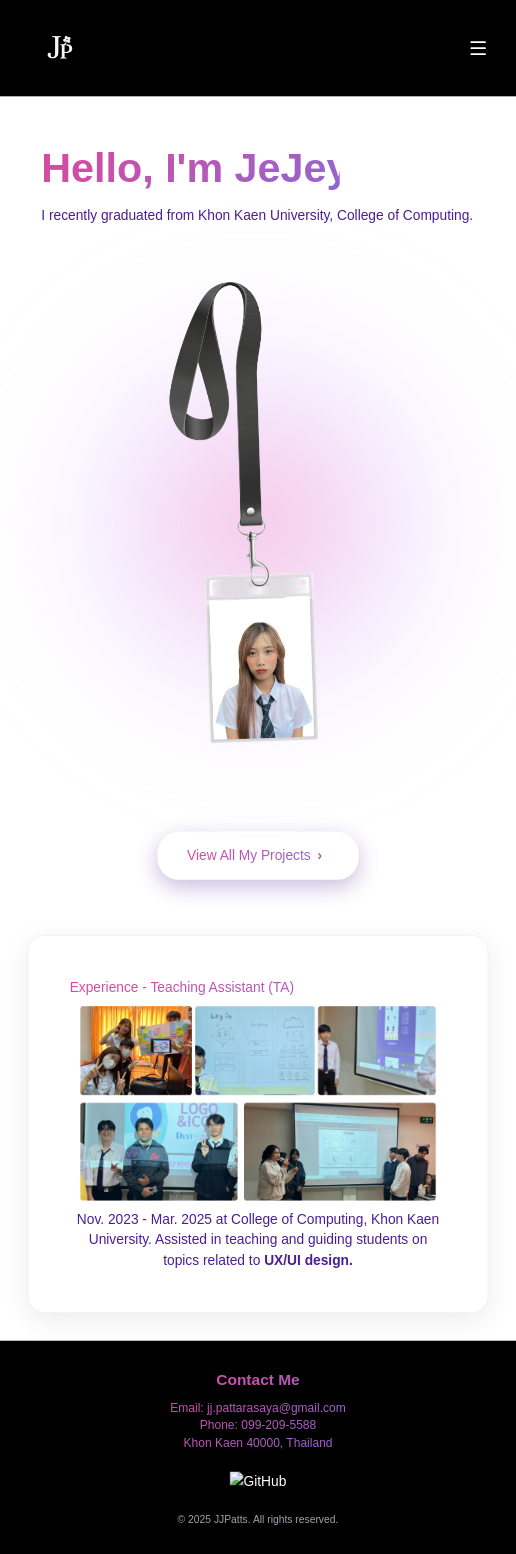
Repository: PattarasayaJJ/Portfolio-jjpatts
Page: /
These files come from the project's save history. The page is drawn as it stood at one moment and after a run of saves; the edit follows.
The browser window is 600 px wide. The pictures show the whole page, at 86% of full size.
The project was rebuilt for these pictures with package versions that can differ from the ones it lists, and the page was loaded fresh each time. Also part of the build but not shown: vite.config.js, vite.config.ts, src/header.css, src/work.css, src/components/Works.jsx, src/components/Aboutme.jsx.

Above is the page before, as saved 2025-08-03 23:15:04.

### index.html
<!doctype html>
<html lang="en">
  <head>
    <meta charset="UTF-8" />
    <link rel="icon" type="image/svg+xml" href="/JPtab.png" />
    <meta name="viewport" content="width=device-width, initial-scale=1.0" />
    <title>JJPatts Portfolio</title>
  </head>
  <body>
    <div id="root"></div>
    <script type="module" src="/src/index.jsx"></script>
  </body>
</html>

### src/index.css
@import 'tailwindcss/base';
@import 'tailwindcss/components';
@import 'tailwindcss/utilities';
@import url('https://fonts.googleapis.com/css2?family=Kanit:wght@400;700&display=swap');

*{
   font-family: 'Kanit', sans-serif;

}

### src/App.jsx
import React from 'react';
import { BrowserRouter as Router, Routes, Route } from 'react-router-dom';
import { Header } from './components/Header';
import { Hero } from './components/Hero';
import { Works } from './components/Works';
import { Aboutme } from './components/Aboutme' ;
import { Footer } from './components/Footer';
export function App() {
  return (
    <Router>
      <div className="w-full min-h-screen bg-white">
        <Header />
        <main className="w-full">
          <Routes>
            <Route path="/" element={<><Hero /> </>} />
            <Route path="/works" element={<><Works /></>}/>
            <Route path="/aboutme" element={<Aboutme />} />


          </Routes>
        </main>
        <Footer />

      </div>
    </Router>
  );
}

### src/components/Header.jsx
import React, { useState } from 'react';
import { Link, useLocation } from 'react-router-dom';
import { MenuIcon, XIcon } from 'lucide-react';
import '../header.css';

export function Header() {
  const [isMenuOpen, setIsMenuOpen] = useState(false);
  const location = useLocation();

  const isActive = (path) => location.pathname === path;

  return (
    <header className="w-full bg-black py-4 px-8 relative">
      <div className="max-w-7xl mx-auto flex justify-between items-center">
        <Link to="/">
          <div className="flex items-center">
            <img src="/JP.png" alt="logo" className="w-20" />
          </div>
        </Link>

        <nav className="hidden md:flex space-x-8">
          <Link
            to="/"
            className={`font-medium px-8 py-2 rounded-full ${
              isActive('/') ? 'bg-white text-purple-600' : 'gradient-text'
            }`}
            style={isActive('/') ? { color: '#4c1d95' } : {}}
          >
            Home
          </Link>
          <Link
            to="/works"
            className={`font-medium px-8 py-2 rounded-full ${
              isActive('/works') ? 'bg-white text-purple-600' : 'gradient-text'
            }`}
            style={isActive('/works') ? { color: '#4c1d95' } : {}}
          >
            My Projects
          </Link>
          <Link
            to="/aboutme"
            className={`font-medium px-8 py-2 rounded-full ${
              isActive('/aboutme') ? 'bg-white text-purple-600' : 'gradient-text'
            }`}
            style={isActive('/aboutme') ? { color: '#4c1d95' } : {}}
          >
            About me
          </Link>
        </nav>

        <button className="md:hidden text-white" onClick={() => setIsMenuOpen(!isMenuOpen)}>
          {isMenuOpen ? <XIcon size={24} /> : <MenuIcon size={24} />}
        </button>
      </div>

      <div
        className={`
          fixed top-0 right-0 w-64 h-full bg-black z-50 transform transition-transform duration-300 ease-in-out
          ${isMenuOpen ? 'translate-x-0' : 'translate-x-full'}
          md:hidden
        `}
      >
        <div className="p-6">
          <button className="text-white mb-8" onClick={() => setIsMenuOpen(false)}>
            <XIcon size={24} />
          </button>
          <nav className="flex flex-col space-y-6">
            <Link
              to="/"
              className={`font-medium px-6 py-2 rounded-full block text-center ${
                isActive('/') ? 'bg-white text-purple-600' : 'gradient-text'
              }`}
              style={isActive('/') ? { color: '#4c1d95' } : {}}
              onClick={() => setIsMenuOpen(false)}
            >
              Home
            </Link>
            <Link
              to="/works"
              className={`font-medium px-6 py-2 rounded-full block text-center ${
                isActive('/works') ? 'bg-white text-purple-600' : 'gradient-text'
              }`}
              style={isActive('/works') ? { color: '#4c1d95' } : {}}
              onClick={() => setIsMenuOpen(false)}
            >
              My Projects
            </Link>
            <Link
              to="/aboutme"
              className={`font-medium px-6 py-2 rounded-full block text-center ${
                isActive('/aboutme') ? 'bg-white text-purple-600' : 'gradient-text'
              }`}
              style={isActive('/aboutme') ? { color: '#4c1d95' } : {}}
              onClick={() => setIsMenuOpen(false)}
            >
              About me
            </Link>
          </nav>
        </div>
      </div>

      {isMenuOpen && (
        <div
          className="fixed inset-0 bg-black bg-opacity-50 z-40 md:hidden"
          onClick={() => setIsMenuOpen(false)}
        />
      )}
    </header>
  );
}

### src/components/Hero.jsx
import React from 'react';
import '../hero.css';
import { Link } from 'react-router-dom';

export const Hero = () => {
  return (
    <>
      <section className="hero-section">
        <div className="hero-container">
          <div className="hero-left">
            <div className="hero-text-box">
              <span className="hero-name typing gradient-text">Hello, I'm JeJey.</span>
              <p className="hero-quote">
                I recently graduated from Khon Kaen University, College of Computing.
              </p>
            </div>


          </div>

          <div className="hero-left">
            <div className="hero-image-wrapper">
              <img
                src="/card1.png"
                alt="Portfolio character illustration"
                className="hero-main-image"
              />
            </div>
          </div>
        </div>

         <Link
              to="/works"
              className="moreproject"
              onClick={() => window.scrollTo({ top: 0, behavior: 'instant' })}
            >
              <span className="gradient-text">View All My Projects</span>
              <span className="arrow-icon gradient-text">›</span>
            </Link>
      </section>

      <section className="hero-section">
        <div className="final-project-card-ex">
          <h2 className="final-project-title gradient-text">
            Experience - Teaching Assistant (TA)
          </h2>
          <div className="final-project-content">
            <div className="final">
              <img
                src="/ta.png"
                alt="TA Presentation"
                className="bottom-image"
              />
            </div>
            <p className="bottom-caption">
              Nov. 2023 - Mar. 2025 at College of Computing, Khon Kaen University.
              Assisted in teaching and guiding students on topics related to{' '}
              <span className="uxui">UX/UI design.</span>
            </p>
          </div>
        </div>
      </section>
    </>
  );
};

### src/components/Footer.jsx
import React from 'react';

export function Footer() {
  return (
    <footer className="w-full bg-black text-white py-8 px-8">
  <div className="max-w-7xl mx-auto flex flex-col md:flex-row justify-between items-center space-y-6 md:space-y-0">

        <div className="text-center md:text-left gradient-text ">
          <h2 className="text-lg font-semibold">Contact Me</h2>
          <p className="text-sm mt-2">Email: jj.pattarasaya@gmail.com</p>
          <p className="text-sm">Phone: 099-209-5588</p>
          <p className="text-sm">Khon Kaen 40000, Thailand</p>

        </div>

        <div className="flex space-x-4 ">
        <a href="https://github.com/PattarasayaJJ" target="_blank" rel="noopener noreferrer">
        <img src="https://github.githubassets.com/favicons/favicon.png" alt="GitHub" />

  </a>

        </div>
      </div>

      <div className="text-center text-xs text-gray-400 mt-6 ">
        © {new Date().getFullYear()} JJPatts. All rights reserved.
      </div>
    </footer>
  );
}

### src/hero.css
.hero-section {
  max-width: 80rem;
    margin: 0 auto;
    padding: 2rem;
}

.hero-container {
  max-width: 80rem;
  margin: 0 auto;
  display: flex;
  flex-direction: column;
  gap: 2rem;
  justify-content: space-between;
  align-items: center;
}

.hero-image-wrapper {
  position: relative;
  z-index: 10;
  overflow: visible;
}

.moreproject {
   width: fit-content;
  height: 3.5rem;
  border-radius: 25px;
  display: flex;
  align-items: center;
  justify-content: center;
  font-size: 1rem;
  cursor: pointer;
  transition: all 0.3s ease;
  text-decoration: none;
  margin: 4rem auto 0;
  box-shadow: 0 8px 25px rgba(76, 29, 149, 0.3);
  padding: 0 2rem;
  border: 2px solid transparent;
  position: relative;
  overflow: hidden;
  animation: pulseMove 2s ease-in-out infinite;
}

.moreproject:hover {
  background-color: black;
  transform: scale(1.08);
}

.arrow-icon {
  padding: 0.5rem;
  font-weight: bold;
}

@keyframes gradientShift {
  0% {
    background: radial-gradient(
      circle at center,
      rgba(244, 114, 182, 0.5),
      rgba(216, 180, 255, 0.3),
      transparent 70%
    );
  }
  50% {
    background: radial-gradient(
      circle at center,
      rgba(129, 140, 248, 0.5),
      rgba(216, 180, 255, 0.4),
      transparent 70%
    );
  }
  100% {
    background: radial-gradient(
      circle at center,
      rgba(244, 114, 182, 0.5),
      rgba(216, 180, 255, 0.3),
      transparent 70%
    );
  }
}


.hero-image-wrapper::before {
  content: "";
  position: absolute;
  top: 50%;
  left: 50%;
  width: 150%;
  height: 150%;
  transform: translate(-50%, -50%);
  filter: blur(80px);
  z-index: 5;
  pointer-events: none;
  animation: gradientShift 5s ease-in-out infinite;
}



.hero-left {
  position: relative;
  width: 100%;
}

@media (min-width: 768px) {

  .hero-container {
    flex-direction: row;
  }
  .hero-left {
    width: 50%;
  }
  .final-project-card-ex {
   background: #ffffff;
  border-radius: 20px;
  padding: 3rem;
  box-shadow: 0 8px 32px rgba(0, 0, 0, 0.08);
  border: 1px solid #f0f0f0;
  display: flex;
  flex-direction: column;

}
  .hero-right {
    width: 50%;
    text-align: right;
  }
}





.hero-text-box {
  color: #4c1d95;
  max-width: 36rem;
  margin-left: auto;
}



.hero-quote {
  font-size: 1.125rem;
  margin-bottom: 1rem;

}

.hero-name {
  font-weight: 700;
  margin-top: 1rem;


}




@keyframes swingImage {
  0% {
    transform: rotate(0deg);
  }
  25% {
    transform: rotate(-3deg);
  }
  50% {
    transform: rotate(0deg);
  }
  75% {
    transform: rotate(3deg);
  }
  100% {
    transform: rotate(0deg);
  }
}

.hero-main-image {
  width: 100%;
  max-width: 28rem;
  margin: 0 auto;
  position: relative;
  z-index: 20;
  animation: swingImage 5s ease-in-out infinite;
  transform-origin:center;
}


@media (max-width: 767px) {
  .hero-image-wrapper::before {
    width: 100%;
    height: 100%;
    filter: blur(60px);
  }
  .hero-main-image {
    width: 90%;
    max-width: 20rem;
  }

  .hero-text-box {
    max-width: 100%;
    margin-left: 0;
    padding: 0 1rem;
  }
  .hero-quote {
    font-size: 1rem;

  }

  .bottom-caption {
    font-size: 1rem;
    color: #4c1d95;
    align-self: center;
    text-align: center;

  }
  .uxui{
    font-size: 1rem;
    color: #4c1d95;
    text-align: center;
    line-height: 1.5;
    font-weight: bold;

  }
  .final-project-card-ex {
  background: #ffffff;
  border-radius: 20px;
  padding: 3rem;
  box-shadow: 0 8px 32px rgba(0, 0, 0, 0.08);
  border: 1px solid #f0f0f0;
  display: flex;
  flex-direction: column;
  }
  .interest{
    list-style: none;
    color: #4c1d95;

  }
  li{
    font-size: 1rem;
    color: #4d1d95a2;
    line-height: 1.8rem;

  }

}







  @media (min-width: 768px) {
    .experience-title {
      text-align: left;
      font-size: 1.5rem;
    }
  }





  @media (min-width: 768px) {
    .bottom-image {
      width:400px;
      max-width: 700px;
      border-radius: 1rem;
    }


    .bottom-caption {
      font-size: 1.125rem;
      color: #4c1d95;
      align-self: center;
      text-align: center;

    }
    .uxui{
      font-size: 1.125rem;
      color: #4c1d95;
      text-align: center;
      line-height: 1.5;
      font-weight: bold;

    }
  }



  .hero-name{
    font-size: 3rem;
  }

  .typing {
    display: inline-block;
    overflow: hidden;
    white-space: nowrap;
    animation: typing 2s steps(13) forwards;
  }

  @keyframes typing {
    from { width: 0 }
    to { width: 13ch }
  }

### src/aboutme.css
.about-container {
  max-width: 1200px;
  margin: 0 auto;
  padding: 2rem 1rem;
  background-color: #ffffff;
}

.breadcrumb {
  margin-bottom: 1rem;
  font-size: 1rem;
  color: #4B5563;
  display: flex;
  align-items: center;
}

.breadcrumb-link {
  color: #4B5563;
  text-decoration: none;
}

.breadcrumb-link:hover {
  text-decoration: underline;
}


.breadcrumb-separator {
  margin: 0 0.5rem;
}

.breadcrumb-current {
  font-weight: bold;
  color: #4c1d95;
}

.about-content {
  display: grid;
  grid-template-columns: 1fr 2fr;
  gap: 3rem;
  align-items: start;
}

.profile-section {
  display: flex;
  flex-direction: column;
  gap: 2rem;
}

.profile-card {
  background: #ffffff;
  border-radius: 20px;
  padding: 1rem;
  box-shadow: 0 8px 32px rgba(0, 0, 0, 0.08);
  border: 1px solid #f0f0f0;
  text-align: center;
}

.avatar-container {
  display: flex;
  flex-direction: column;
  align-items: center;
}

.avatar-wrapper {
  width: 200px;
  height: 200px;
  transition: transform 0.3s ease;
}

.avatar-wrapper:hover {
  transform: scale(1.05);
}

.avatar-img {
  width: 100%;
  height: 100%;
  object-fit: contain;
}

.profile-name {
  font-size: 1.5rem;
  color: #4c1d95;
  margin: 0;
}

.profile-title {
  font-size: 1rem;
  color: #6b46c1;
  margin: 0;
}

.email {
  font-size: 1rem;
  color: #6b7280;
  margin-bottom: 10px;
}

.social-icons {
  display: flex;
  justify-content: center;
  gap: 1rem;
}

.social-link {
  display: flex;
  align-items: center;
  justify-content: center;
  width: 40px;
  height: 40px;
  box-shadow: 0 8px 32px rgba(0, 0, 0, 0.08);
  border-radius: 50%;
  transition: all 0.3s ease;
}

.social-link:hover {
  transform: translateY(-2px);
  box-shadow: 0 4px 12px rgba(107, 70, 193, 0.3);
}

.social-icons img {
  width: 20px;
  height: 20px;
}

.education-card {
  background: #ffffff;
  border-radius: 20px;
  padding: 2rem;
  box-shadow: 0 8px 32px rgba(0, 0, 0, 0.08);
  border: 1px solid #f0f0f0;
}

.education-content {
  margin-top: 1rem;
}

.degree {
  font-size: 1rem;
  color: #4c1d95;
  margin: 0 0 0.5rem 0;
}

.university {
  font-size: 1rem;
  color: #4c1d95;
  margin: 0 0 0.25rem 0;
}

.graduation {
  font-size: 0.9rem;
  color: #6b7280;
  margin: 0;
}

.skills-section {
  display: flex;
  flex-direction: column;
}

.skills-grid {
  display: grid;
  grid-template-columns: 1fr;
  gap: 2rem;
}

.skill-category {
  background: #ffffff;
  border-radius: 20px;
  padding: 2rem;
  box-shadow: 0 8px 32px rgba(0, 0, 0, 0.08);
  border: 1px solid #f0f0f0;
  border-left: 5px solid #ffdff3;
}

.section-title,
.category-title {
  font-size: 1rem;
  margin: 0 0 1.5rem 0;
  display: flex;
  align-items: center;
}

.gradient-text {
  background: linear-gradient(135deg, #DD489B, #9067D3);
  -webkit-background-clip: text;
  -webkit-text-fill-color: transparent;
  background-clip: text;
}

.skills-list {
  display: flex;
  flex-wrap: wrap;
  gap: 0.75rem;
}

.skill-tag {
  background: linear-gradient(135deg, #e5d4ff, #f3e8ff);
  color: #6b46c1;
  padding: 0.5rem 1rem;
  border-radius: 20px;
  font-size: 0.8rem;
  border: 1px solid #e5d4ff;
  transition: all 0.3s ease;
  cursor: default;
}

.skill-tag:hover {
  background: linear-gradient(135deg, #ddd6fe, #e5d4ff);
  transform: translateY(-2px);
  box-shadow: 0 4px 12px rgba(107, 70, 193, 0.2);
}

@media (max-width: 1024px) {
  .about-content {
    grid-template-columns: 1fr;
    gap: 2rem;
  }

  .skills-grid {
    grid-template-columns: repeat(2, 1fr);
  }
}

@media (max-width: 768px) {
  .about-container {
    padding: 1.5rem 1rem;
  }

  .about-content {
    gap: 1.5rem;
  }

  .skills-grid {
    grid-template-columns: 1fr;
    gap: 1.5rem;
  }

  .profile-card,
  .education-card,
  .skill-category {
    padding: 1.5rem;
  }

  .avatar-wrapper {
    width: 150px;
    height: 150px;
  }

  .profile-name {
    font-size: 1.25rem;
  }

  .profile-title {
    font-size: 0.9rem;
  }

  .section-title,
  .category-title {
    font-size: 1.1rem;
  }

  .skill-tag {
    font-size: 0.8rem;
    padding: 0.4rem 0.8rem;
  }
}

@media (max-width: 480px) {

  .profile-card,
  .education-card,
  .skill-category {
    padding: 1.25rem;
  }

  .avatar-wrapper {
    width: 120px;
    height: 120px;
  }

  .profile-name {
    font-size: 1rem;
  }

  .skills-list {
    gap: 0.5rem;
  }

  .skill-tag {
    font-size: 0.75rem;
    padding: 0.35rem 0.7rem;
  }
}

Loaded but not shown: src/index.jsx (common file); tailwind.config.js (common file)

After the next 3 saves:
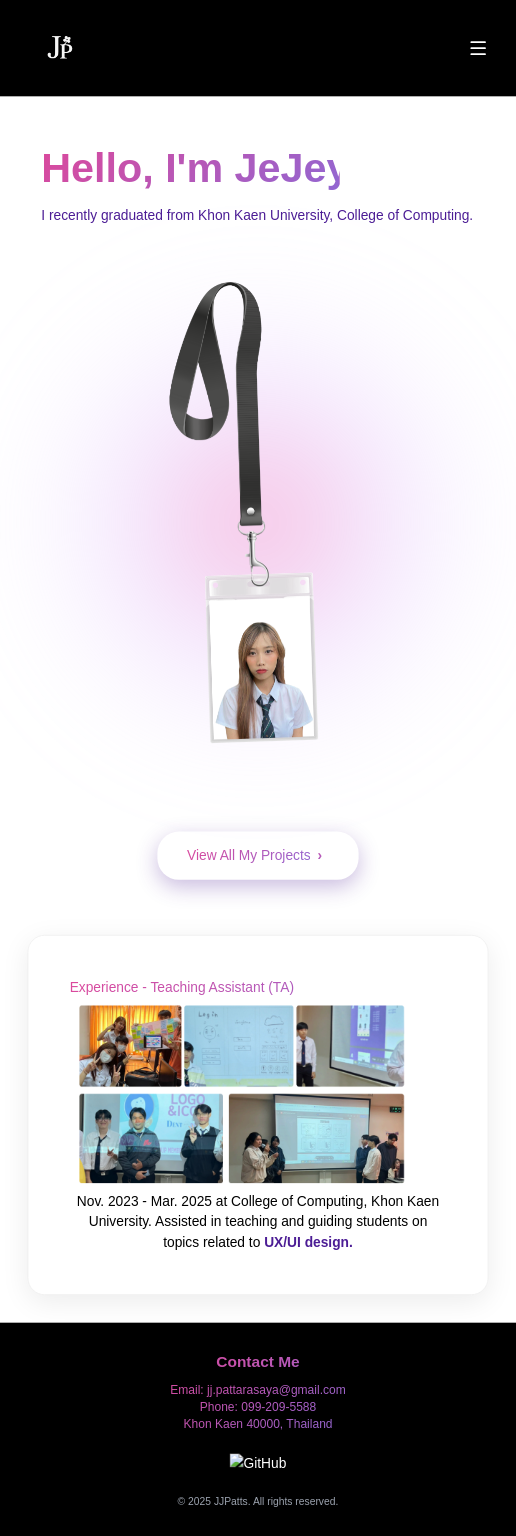
The 3 saves are shown as one change because they came seconds apart.
The last was saved 25 s later.
--- a/src/hero.css
+++ b/src/hero.css
@@ -201,12 +201,18 @@
 
   }
 
+ .final-project-content {
+    flex-direction: column;
+    text-align: center;
+  }
+
   .bottom-caption {
-    font-size: 1rem;
-    color: #4c1d95;
-    align-self: center;
     text-align: center;
-
+  }
+
+  .bottom-image {
+    width: 100%;
+    max-width: 400px;
   }
   .uxui{
     font-size: 1rem;

After the save that followed:
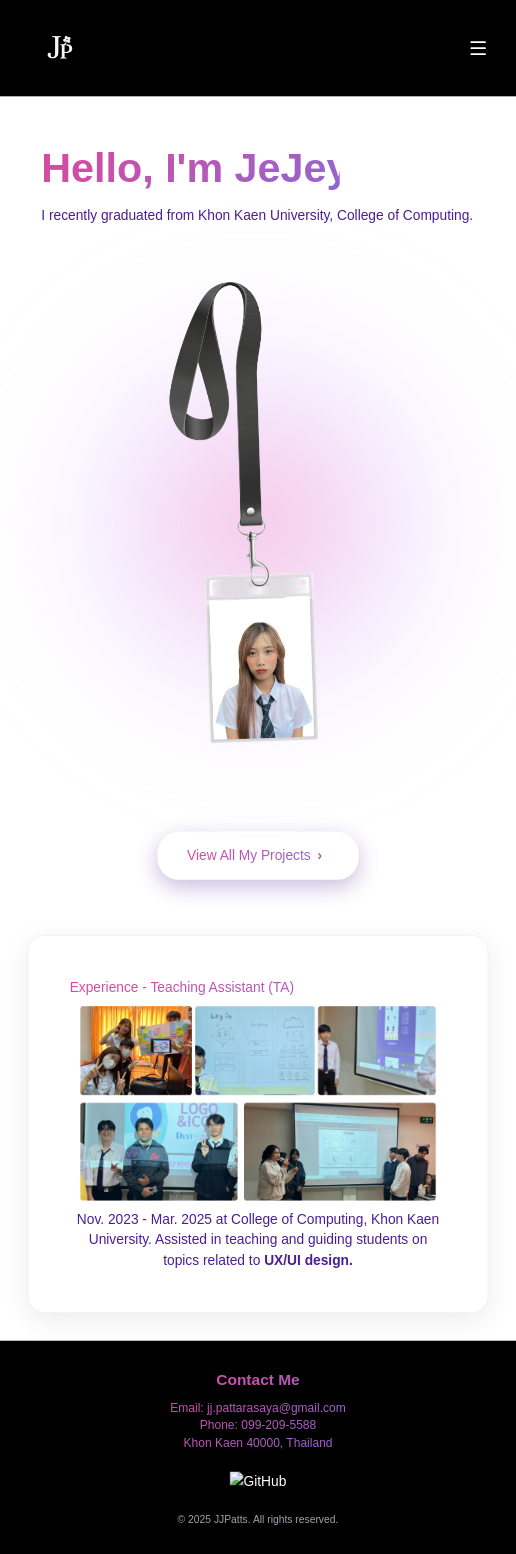
Saved 6 s later.
--- a/src/hero.css
+++ b/src/hero.css
@@ -201,18 +201,12 @@
 
   }
 
- .final-project-content {
-    flex-direction: column;
+  .bottom-caption {
+    font-size: 1rem;
+    color: #4c1d95;
+    align-self: center;
     text-align: center;
-  }
-
-  .bottom-caption {
-    text-align: center;
-  }
-
-  .bottom-image {
-    width: 100%;
-    max-width: 400px;
+
   }
   .uxui{
     font-size: 1rem;
